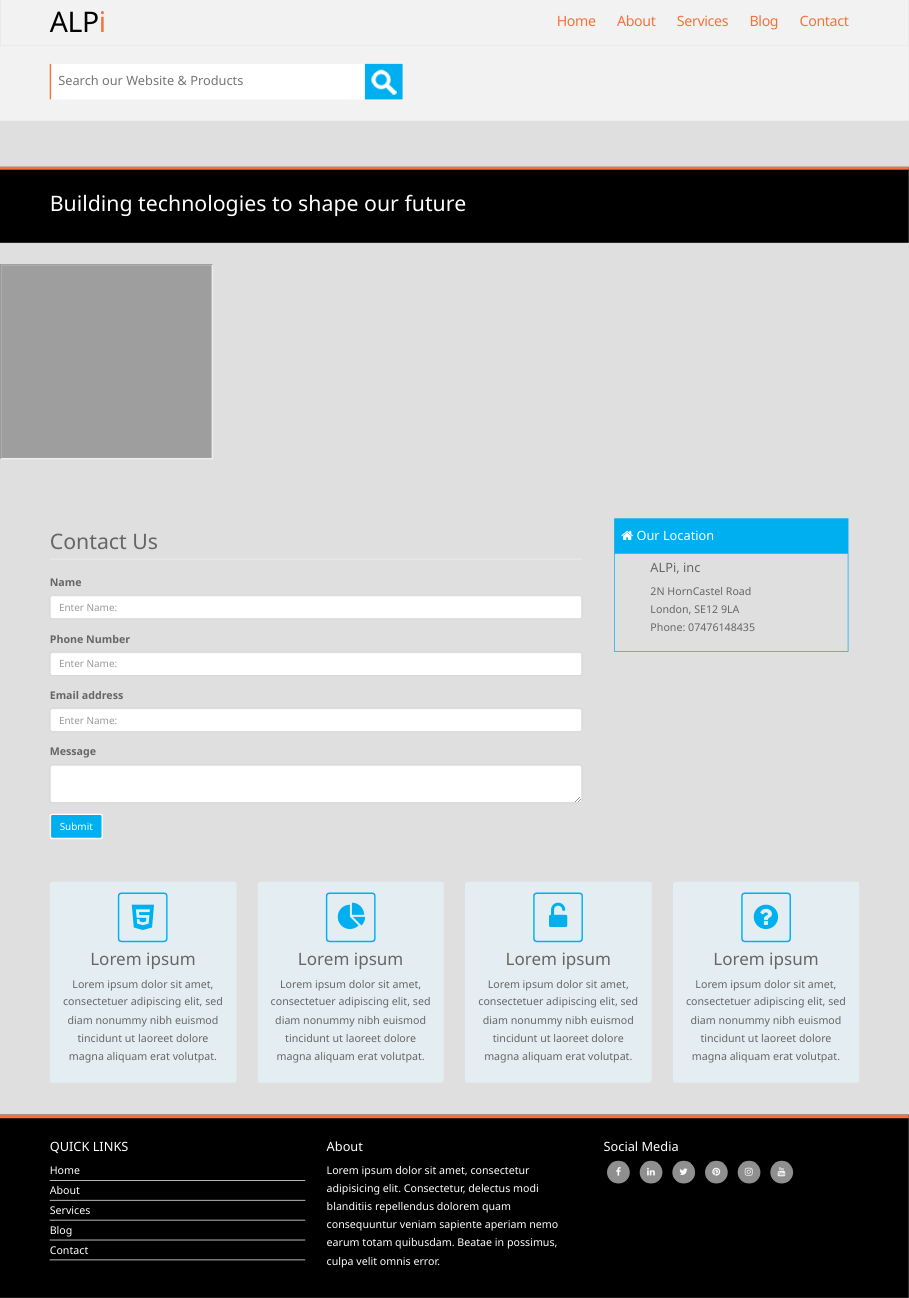
Repository: aleksandriprifti/alpiproject
Page: contact.html
The author's editor kept a record of every edit. The page is drawn from the files as they stood at one moment, then again after the next edit.
The browser window is 1280 px wide. The pictures show the whole page, at 71% of full size.
Pictures or frames that could not be fetched are drawn as grey boxes.

Above is the page before.

After the next edit:
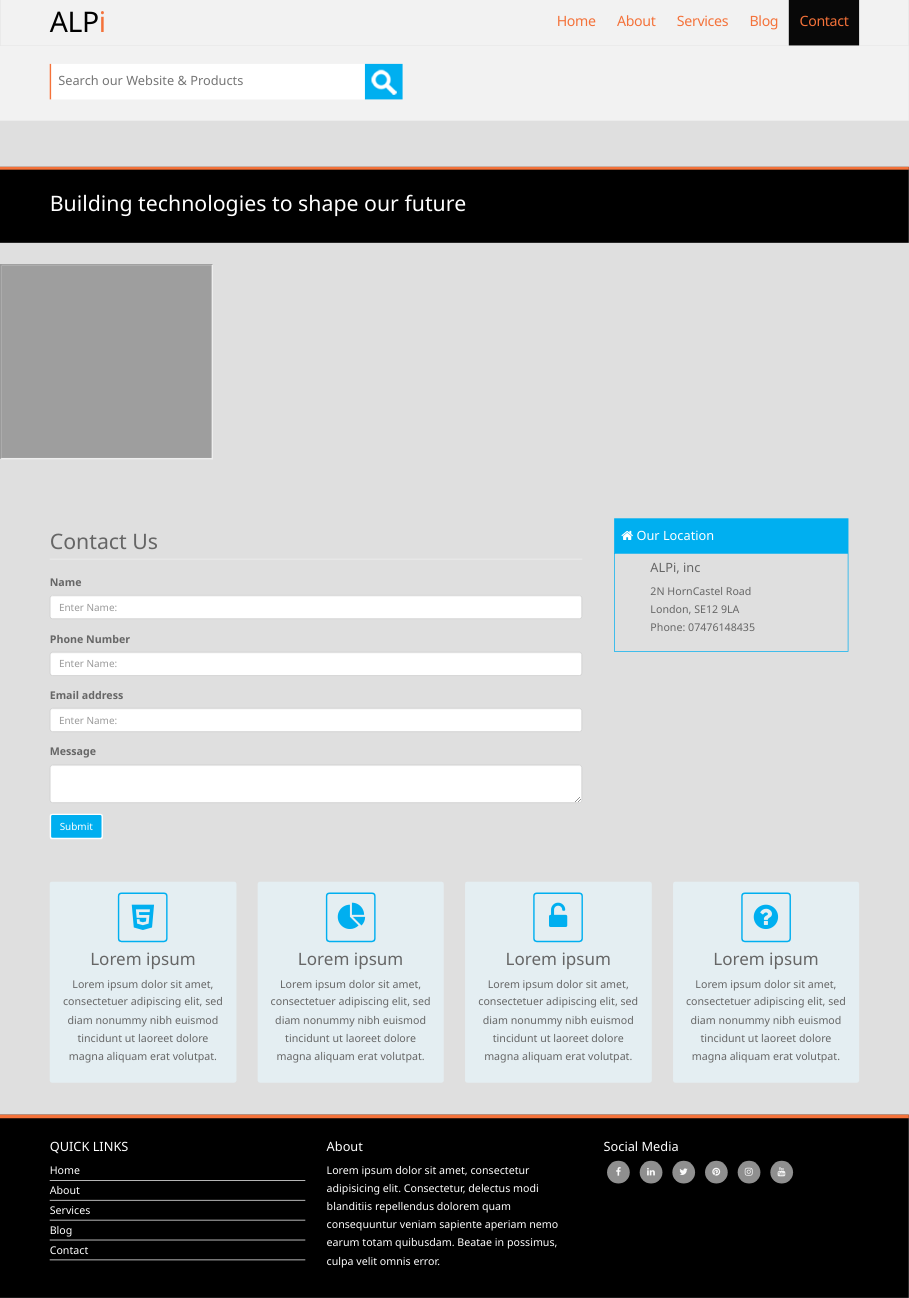
The edit:
--- a/contact.html
+++ b/contact.html
@@ -33,7 +33,7 @@
             <li><a href="about.html">About</a></li>
             <li><a href="services.html">Services</a></li>
             <li><a href="blog.html">Blog</a></li>
-            <li><a href="contact.html">Contact</a></li>
+            <li class="active"><a href="contact.html">Contact</a></li>
           </ul>
           <!--
           <ul class="nav navbar-nav pull-right">
